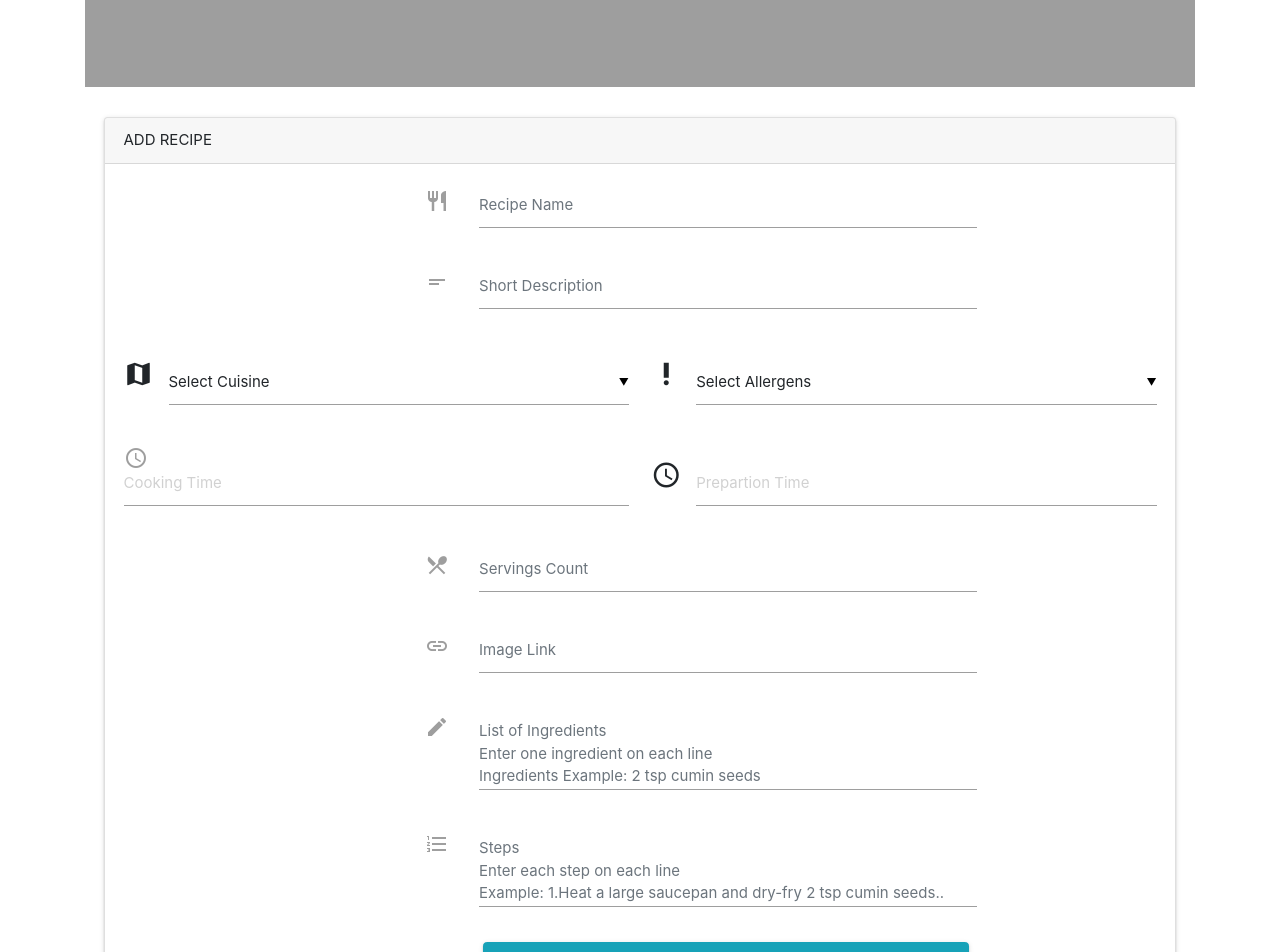
Repository: nadia-solution-tracker/sample-project-three
Page: http://localhost/add_recipe
The author's editor kept a record of every edit. The page is drawn from the files as they stood at one moment, then again after the next edit.
The browser window is 1280 px wide. The pictures show the part of the page from y = 248 to 1200 px (the page is 1416 px tall).
Pictures or frames that could not be fetched are drawn as grey boxes. Some web libraries are served in a nearby version. The page is served by the project's application, run on Flask 3 (app.py). Queries for data that is not in the repository find no rows.

Above is the page before.

After the next edit:
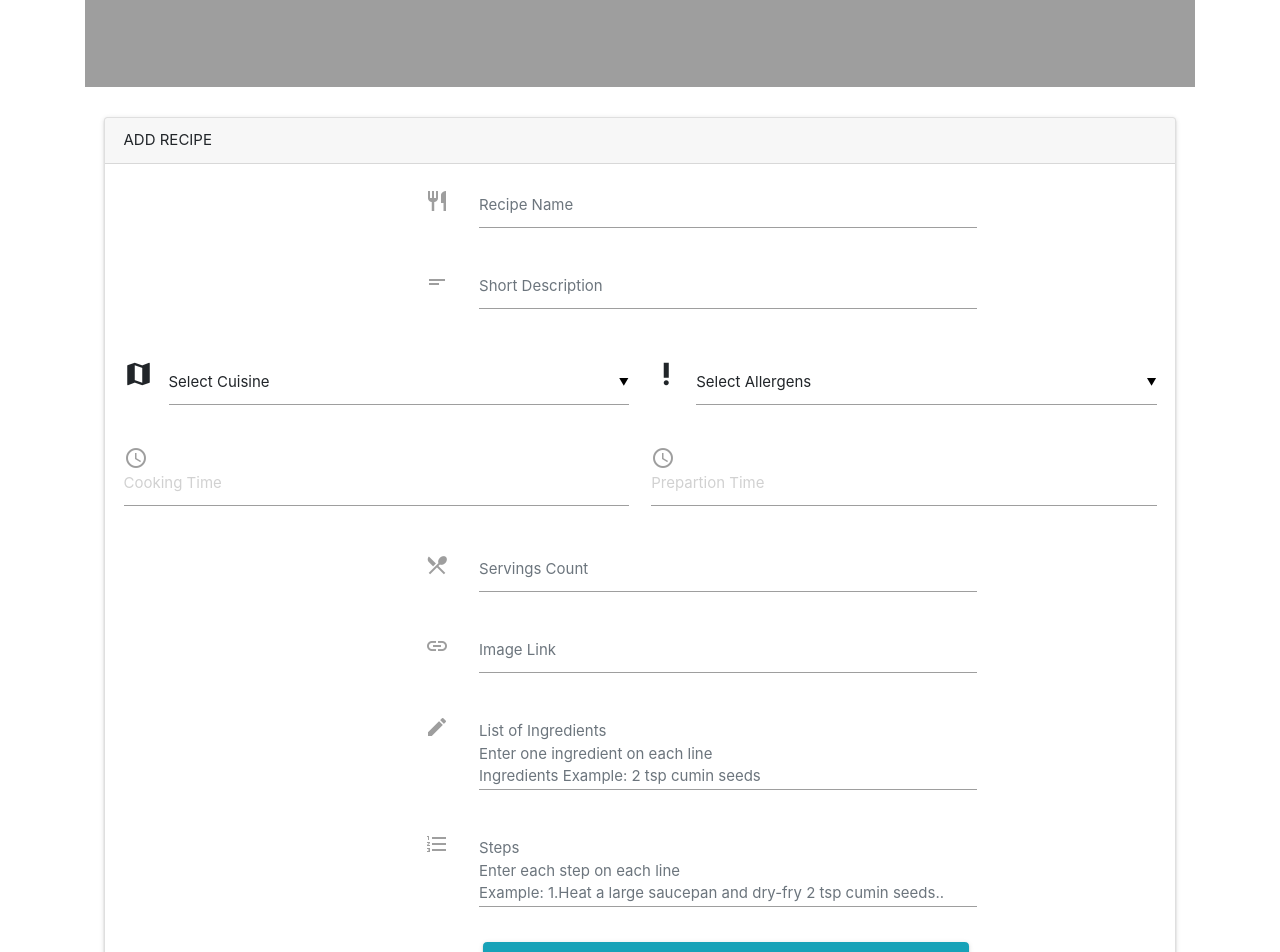
The edit:
--- a/templates/addrecipe.html
+++ b/templates/addrecipe.html
@@ -61,9 +61,8 @@
                                       </div>
                                     <!--Preparation Time-->
                                       <div class="input-field col s12 m6">
-                                        <i class="material-icons prefix">schedule</i>
-                                        <input id="prep_time" name="prep_time" type="text" class="timepicker" placeholder="Prepartion Time">
-
+                                        <label for=preparation_time><i class="material-icons prefix">schedule</i></label>
+                                        <input id="prep_time" name="prep_time" type="text" class="timepicker" placeholder="Prepartion Time"/>
                                       </div>
                                 </div>
 
